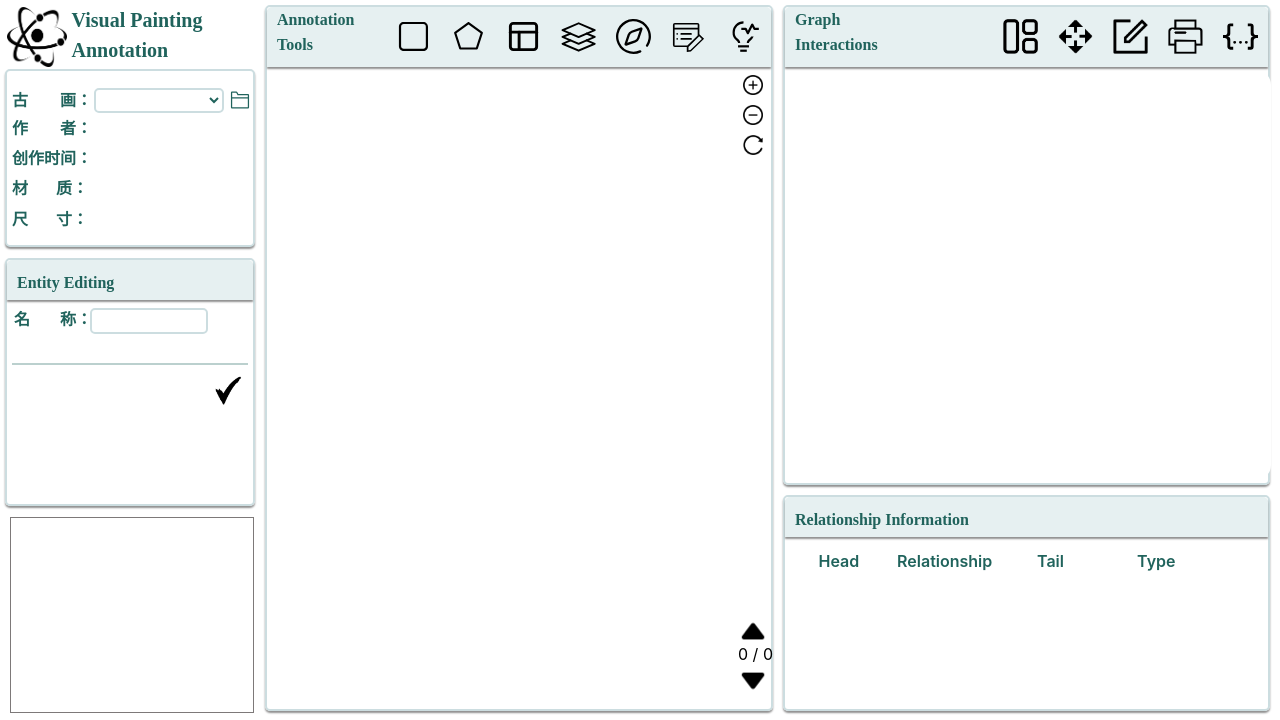
Repository: cailbh/ImageLabelTool
Page: /
These files come from the project's save history. The page is drawn as it stood at one moment and after the next save; the edit follows.
The browser window is 1280 px wide. The pictures show the whole page.
The project was rebuilt for these pictures with package versions that can differ from the ones it lists, and the page was loaded fresh each time.

Above is the page before, as saved 2022-10-31 12:41:15.

### src/index.tsx
import React from 'react';
import ReactDOM from 'react-dom/client';
import './index.css';
import UI from './View';

const root = ReactDOM.createRoot(
  document.getElementById('root') as HTMLElement
);
root.render(
  <React.StrictMode>
    <UI />
  </React.StrictMode>
);

### src/index.css
* {
  margin: 0;
  font-family: -apple-system, BlinkMacSystemFont, 'Segoe UI', 'Roboto', 'Oxygen',
    'Ubuntu', 'Cantarell', 'Fira Sans', 'Droid Sans', 'Helvetica Neue',
    sans-serif;
  -webkit-font-smoothing: antialiased;
  -moz-osx-font-smoothing: grayscale;
  padding: 0;
  user-select: none;
}

code {
  font-family: source-code-pro, Menlo, Monaco, Consolas, 'Courier New',
    monospace;
}

html, body, #root {
  width: 100%;
  height: 100%;
  /* background: rgb(237,241,241); */
  background: rgb(255,255,255);
}

#root {
  /* display: flex; */
  /* flex-direction: row; */

}

### src/View/index.tsx
/**
 * 该组件负责图像视图与网络图视图的通信：
 *
 */

import React from "react";
// import ImageView from "./ImageView";
import GraphView from "./GraphView";
import LabelView from "./LabelView";
import { Entity, EntityArray, Relationship, RelationshipArray } from '../lib/interface'
import { EntityArrayContextProvider, useEntityArray, useEntityArrayUpdate } from "../lib/context";
import { RelationshipArrayContextProvider, useRelationshipArray, useRelationshipArrayUpdate } from "../lib/context";
import { InfoContextProvider, useInfo, useInfoUpdate } from "../lib/context";
import { MemoArrayContextProvider, useMemoArray, useMemoArrayUpdate } from "../lib/context";


export default function UI() {
    return (
        <React.StrictMode>
            <InfoContextProvider>
                <RelationshipArrayContextProvider>
                    <EntityArrayContextProvider>
                        <MemoArrayContextProvider>
                            {/* <ImageView></ImageView> */}

                            <LabelView></LabelView>
                            {/* <GraphView></GraphView> */}
                        </MemoArrayContextProvider>
                    </ EntityArrayContextProvider >
                </RelationshipArrayContextProvider>
            </InfoContextProvider>
        </React.StrictMode>
    )
}

### src/View/LabelView.tsx
import React from "react";
import LabelDisplay from "../component/LabelDisplay/index";
import LabelTool from "../component/LabelTool/index";
import ViewCard from "./ViewCard";

export default function LabelView() {
    return (
        // <ViewCard
        //     top={(
        //         <LabelTool></LabelTool>
        //     )}
        //     body={(
        <LabelDisplay></LabelDisplay>
        //     )}
        // />
    )
}

### src/component/LabelDisplay/graph.css
#graph{
width: 100%;
height: calc(100% - 66px);
overflow: 'auto';
background: #fff;
box-sizing: border-box;
border-radius: 15px;
display: inline-block;
margin: 3px;
text-align: left;
position: relative;
}
.graphRoot{
    background: rgba(237,241,241,0);
    position: relative;
    height: 100%;
    width: calc(40% - 10px);
    float: left;
}
.horizontal_graphRoot{
    background: rgba(237,241,241,0);
    position: relative;
    height: calc(45% - 10px);
    width: calc(100% - 260px);
    float: left;
}
.graphCantain{
    position: relative;
    height: calc(100% - 0px);
    float: left;
    width: calc(100% - 0px);
    background: rgba(237,241,241,0);
    /* padding: 10px; */
}
.graphHead{
    width: 100%;
    height: 60px;
    background: rgba(0,0,0,0);
    float: left;
    position: relative;
    z-index: 999999;
    border-top-left-radius: 5px;
    border-top-right-radius: 5px;
    background-color: rgba(230,240,241,1);
    filter: progid:DXImageTransform.Microsoft.Shadow(color=#909090,direction=120,strength=4);
    box-shadow: 0px 2px 2px #909090;
}
.graphLogo h5{
    width: 70%;
    float: left;
    color: rgb(32,99,92);
    text-align: left;
    font-weight: 600;
    font-size: 16px;
    line-height: 1.35;
    font-variant: tabular-nums;
    line-height: 1.5715;
    font-feature-settings: "tnum";
    font-family: SourceHanSerifCN-Heavy, SourceHanSerifCN;
}

.graphLogo {
    float: left;
    width: 20%;
    height: 100%;
    margin-left: 10px;
}
.graphAssistFeatures{
    float: right;
    height: 100%;
    width: 30%;
}
.toolBut {
    height: 100%;
    text-align: center;
    /* padding: 4px; */
    width: 50px;
    float: left;
    margin: 1px 10px 0px 10px;
}

.graphToolBut {
    width: 35px;
    height: 35px;
    margin: 15px 15px 5px 25px;
    cursor: pointer;
    -webkit-border-radius: 5px;
    -moz-border-radius: 5px;
    border-radius: 5px;
    font-size: 15px;
    font-style: normal;
    color: #000;
    line-height: 36px;
    text-align: center;
    float: left;
    display: flex;
    justify-content: center;
    align-items: center;
    height: calc(100% - 20px);
    text-align: center;
    padding: 5px;
    border: 1px #696969 solid;
    width: 40px;
    float: right;
    margin: 5px 2px 5px 2px;
}
.graphToolBut:hover {
    background: #767a84;
    color: #fff;
}

.attributeDiv{
    background: rgba(237,241,241,0);
    -webkit-box-sizing: border-box;
    -moz-box-sizing: border-box;
    box-sizing: border-box;
    border-radius: 5px;
    width: calc(100% - 15px);
    margin: 5px;
    height: calc(30% - 0px);
    border-image-slice: 151;
    border-image-width: 20px 1px;
    -webkit-box-sizing: border-box;
    -moz-box-sizing: border-box;
    box-sizing: border-box;
    float: left;
    border: 2px solid rgb(204,221,224);
    filter:progid:DXImageTransform.Microsoft.Shadow(color=#909090,direction=120,strength=4);
    -moz-box-shadow: 0px 2px 10px #909090;
    -webkit-box-shadow: 0px 2px 10px #909090;
    box-shadow:0px 2px 2px #909090
}
.graphDiv{
    background: rgba(237,241,241,0);
    -webkit-box-sizing: border-box;
    -moz-box-sizing: border-box;
    box-sizing: border-box;
    border-radius: 5px;
    width: calc(100% - 15px);
    margin: 5px;
    height: calc(70% - 24px);
    border-radius: 5px;
    float: left;
    border: 2px solid rgb(204,221,224);
    filter:progid:DXImageTransform.Microsoft.Shadow(color=#909090,direction=120,strength=4);
    -moz-box-shadow: 0px 2px 10px #909090;
    -webkit-box-shadow: 0px 2px 10px #909090;
    box-shadow:0px 2px 2px #909090
}
.horizontal_attributeDiv{
    background: rgba(237,241,241,0);
    -webkit-box-sizing: border-box;
    -moz-box-sizing: border-box;
    box-sizing: border-box;
    border-radius: 5px;
    width: calc(40% - 10px);
    margin: 5px;
    height: calc(100% - 0px);
    border-image-slice: 151;
    border-image-width: 20px 1px;
    -webkit-box-sizing: border-box;
    -moz-box-sizing: border-box;
    box-sizing: border-box;
    float: left;
    border: 2px solid rgb(204,221,224);
    filter:progid:DXImageTransform.Microsoft.Shadow(color=#909090,direction=120,strength=4);
    -moz-box-shadow: 0px 2px 10px #909090;
    -webkit-box-shadow: 0px 2px 10px #909090;
    box-shadow:0px 2px 2px #909090
}
.horizontal_graphDiv{
    background: rgba(237,241,241,0);
    -webkit-box-sizing: border-box;
    -moz-box-sizing: border-box;
    box-sizing: border-box;
    border-radius: 5px;
    width: calc(60% - 10px);
    margin: 5px;
    height: calc(100% - 0px);
    border-radius: 5px;
    float: left;
    border: 2px solid rgb(204,221,224);
    filter:progid:DXImageTransform.Microsoft.Shadow(color=#909090,direction=120,strength=4);
    -moz-box-shadow: 0px 2px 10px #909090;
    -webkit-box-shadow: 0px 2px 10px #909090;
    box-shadow:0px 2px 2px #909090
}
#attributeBox{
    width: calc(50% - 4px);
    height: calc(100% - 2px);
    overflow: 'auto';
    margin: 2px 1px;
    float: left;
}
#relationshipBox{
    width: calc(100% - 4px);
    height: calc(100% - 47px);
    /* width: 100%; */
    /* height: 100%; */
    background: #fff;
    overflow: 'auto';
    float: left;
    margin: 2px 1px;
    border-radius: 15px;
}
#relationshipBoxHead{
    background-color: rgba(230,240,241,1);
    color: rgba(32,99,92,1);
    height: 40px;
    border-top-left-radius: 5px;
    border-top-right-radius: 5px;
    box-shadow: 0px 2px 2px #909090;
}
.but {
    display: flex;
    flex-direction: column;
    height: 40px;
    width:40px;
    justify-content: center;
    float: left;
}
.butContain{
    width: 10px;
    height: 100px;
    position: absolute;
    z-index: 9999;
    display: none;
}
.graphToolsDiv{
    width: 70%;
    height: 100%;
    float: right;
    /* display: flex; */
    justify-content: center;
    align-items: center;
}
.graphTool {
    /* background-color: #fff ; */
    width: 35px;
    height: 35px;
    margin: 12px 10px;
    cursor: pointer;
    float: left;
    text-align: center;
}
.graphTool h5{
    font-style: normal;
    color: #000;
    line-height: 36px;
    text-align: center;
    font-size: 0;
}
.graphTool h5:hover{
    font-size: 12px;
}
.graphToolSet:hover {
    background: #767a84;
    color: #fff;
}
.graphToolSet.focus {
    background: #767a84;
    color: #fff;
}
#graphTools{
    float: right;
    /* height: 100%; */
    /* width: 60%; */
    /* height: 50px; */
    /* float: left; */
    position: relative;
    z-index: 999999;
    /* filter:progid:DXImageTransform.Microsoft.Shadow(color=#909090,direction=120,strength=4);
    -moz-box-shadow: 2px 2px 10px #909090;
    -webkit-box-shadow: 2px 2px 10px #909090;
    box-shadow:2px 2px 10px #909090; */
    border-top-left-radius: 10px;
    border-top-right-radius: 10px;
}
#layoutDiv{
    height: 50px;
    width: 100px;
    background: #ffffff;
    top:75px;
    position: absolute;
    display: flex;
    justify-content: center;
    align-items: center;
    /* border-top-left-radius: 10px;
    border-top-right-radius: 10px; */
    /* border: 5px #000 solid; */
    right: calc(70% - 230px);
    z-index: -999;
}
#layouts{
    float: right;
    /* height: 100%;
    width: 100%; */
    /* float: left; */
    position: relative;
    /* filter:progid:DXImageTransform.Microsoft.Shadow(color=#909090,direction=120,strength=4);
    -moz-box-shadow: 2px 2px 10px #909090;
    -webkit-box-shadow: 2px 2px 10px #909090;
    box-shadow:2px 2px 10px #909090; */
    /* border-top-left-radius: 10px;
    border-top-right-radius: 10px; */
}
#entity-table{
    width: calc(100% - 6px);
    height: calc(100% - 6px);
    border: 2px solid rgba(50, 50, 50, 0.2);
    box-sizing: border-box;
    border-radius: 5px;
    display: inline-block;
    margin: 3px;
    background: rgb(255,255,255);
}
.tableEntity{
    height: 100% !important
}

.tableRelationship{
    height: 100% !important
}
.rs-table-body-row-wrapper{
    height: 100% !important
}
#relationship-table{
    width: calc(100% - 0px);
    height: calc(100% - 0px);
    /* border: 2px solid rgba(50, 50, 50, 0.2); */
    /* box-sizing: border-box; */
    border-radius: 15px;
    display: inline-block;
    /* margin: 3px; */
    background: rgb(255,255,255);
}

.toolLayout{
    font-size:0;
    overflow:hidden;
    background: url("../../assets/imgs/tool-layout.png");
    background-size: cover;
}
.toolEdit{
    font-size:0;
    overflow:hidden;
    background: url("../../assets/imgs/tool-edit.png");
    background-size: cover;
}
.toolDrop{
    font-size:0;
    overflow:hidden;
    background: url("../../assets/imgs/tool-drop.png");
    background-size: cover;
}
.toolAdd{
    font-size:0;
    overflow:hidden;
    background: url("../../assets/imgs/tool-add.png");
    background-size: cover;
}

.toolDel{
    font-size:0;
    overflow:hidden;
    background: url("../../assets/imgs/tool-del.png");
    background-size: cover;
}

.toolUndo{
    font-size:0;
    overflow:hidden;
    background: url("../../assets/imgs/tool-undo.png");
    background-size: cover;
}

.toolRedo{
    font-size:0;
    overflow:hidden;
    background: url("../../assets/imgs/tool-redo.png");
    background-size: cover;
}

.toolPrint{
    font-size:0;
    overflow:hidden;
    background: url("../../assets/imgs/tool-download.png");
    background-size: cover;
}

.toolInputJson{
    font-size:0;
    overflow:hidden;
    background: url("../../assets/imgs/tool-inputJson.svg");
    background-size: cover;
}
.graphTool:hover {
    background: rgba(0,0,0,0);
    font-size: 16px;
    font-weight: 300;
    font-style: normal;
    color: #000;
    line-height: 36px;
    text-align: center;
    float: left;
     /* display: flex; */;
    justify-content: center;
    align-items: center;
    text-align: center;
}
.layoutSet{
    width: 20px;
    height: 20px;
    margin:5px;
    font-size:0;
    overflow:hidden;

    cursor: pointer;
    float: left;
}

.toolCrossLayout{
    background: url(../../assets/imgs/layout-cross.png);
    background-size: cover

}
.toolForceLayout{
    background: url(../../assets/imgs/layout-force.png);
    background-size: cover

}
.toolDragLayout{
    background: url(../../assets/imgs/layout-drag.png);
    background-size: cover

}
.layoutSet:hover {
    background: rgba(0,0,0,0);
    font-size: 10px;
    font-style: normal;
    color: #000;
    line-height: 6px;
    text-align: center;
    float: left;
    display: flex;
    justify-content: center;
    align-items: center;
    text-align: center;
}
.entInput{
    background: rgba(0,0,0,0);
    border: 0;
    text-align: center;
    width: 50%;
    height: 100%;
    float: left;
}
.entInput :focus{
    background: rgba(0,0,0,0);
    border: 0;
    text-align: center;
    width: 50%;
    float: left;
    height: 100%;
}

### src/lib/tasks.tsx
export default class Task {
    id: string;
    name: string;
    size: string;
    texture: string;
    time: string;
    author: string;
    constructor(options) {
        this.id = "";
        this.name = "";
        this.size = "";
        this.texture = "";
        this.time = "";
        this.author = ""
    }
}

### src/lib/interface.tsx
export class EntityArray {
    array: Array<Entity>;
}
export class RelationshipArray {
    array: Array<Relationship>;
}
export class MemoArray {
    relArray: Array<Relationship>;
    entArray: Array<Entity>;
}
export class Entity {
    name: string;
    id: string;
    type: string;
    x: number;
    y: number;
    //图片绘制起始位置
    ix: number;
    iy: number;
    //标注绘制起始位置
    lx: number;
    ly: number;
    // 图片宽度
    iWidth: number;
    // 图片高度
    iHeight: number;
    //图片缩放
    iScale: number;
    visAble: boolean;
    labels: any;
    content: any;
    contentType: string;
    labelLocation: any;
    rgb: string;
    visibility: boolean;
    trend: any;
    trendIndex: number;
    centerPoint: any;
    rectMask: any;
    color: string;
    describe: string;
    attribute: any;
    active: boolean;
    children: any;
    constructor(myName: string) { //定义带参数的构造函数
        this.name = myName;
    }
}


export class Relationship {
    name: string;
    id: string;
    type: string;
    targetId: string;
    sourceId: string;
    color: string;
    weight: number;
    visAble: boolean
    // constructor(myName: string) { //定义带参数的构造函数
    //     this.name = myName;
    // }
}

export class Info {
    changeState: number;
}

export default class LabelState {
    //任务名称
    taskName: string;
    //文件列表
    imgFiles: any;
    //图片总数
    imgSum: number;
    //选择图片下标
    imgIndex: number;
    cWidth: number;
    cHeight: number;
    // 缩略图宽度
    sWidth: number;
    // 缩略图高度
    sHeight: number;
    // 图片宽度
    iWidth: number;
    // 图片高度
    iHeight: number;
    // 图片拖拽至边缘最小显示
    appearSize: number;
    // 缩放布进
    scaleStep: number;
    // 最小缩放比例
    minScale: number;
    // 最大缩放比例
    maxScale: number;
    // 图片在画板中的横坐标
    x: number;
    // 图片在画板中的纵坐标
    y: number;
    // 鼠标当前画板中的横坐标
    mouseX: number;
    // 鼠标当前画板中的纵坐标
    mouseY: number;
    // 拖动过程中，鼠标前一次移动的横坐标
    prevX: number;
    // 拖动过程中，鼠标前一次移动的纵坐标
    prevY: number;
    // 缩放比例
    scale: number;
    // 鼠标在图片中的横坐标
    ix: number;
    // 鼠标在图片中的纵坐标
    iy: number;
    // 矩形框起点横坐标
    rectX: number;
    // 矩形框起点纵坐标
    rectY: number;
    // 绘制多边形的圆点半径
    radius: number;

    // 绘制线段宽度
    lineWidth: number;

    //绘制区域模块透明度
    opacity: number;

    // 定时器
    timer: any;

    // 结果是否被修改
    isModify: boolean;

    // 是否全屏
    isFullScreen: boolean;

    // 是否移动图像标注圆点
    isDragCircle: boolean;

    // 当前点击圆点index
    snapCircleIndex: number;

    // 用于在拖拽或者缩放时，让绘制至存储面板的数据，只绘制一次
    drawFlag: boolean;

    // 监听滚动条缩放是否结束的定时器
    mousewheelTimer: null;

    // 历史记录下标
    historyIndex: number;
    Arrays: any;
    Nodes: any;
    Features: any;

}

### src/axios/index.ts
import entityRecognize from './api/entityRecognize';

export * from './api/entityRecognize'; // 目标识别
// export * from './api/img'; // 图片
export default {
    entityRecognize
}

### src/component/GraphRelationship/index.css
.smallInput  {
    width: 90%;
    border-radius: 10px;
    border: 1.5px #ccc solid;
    /* margin: 5px; */
    margin-left: 15px;
    color: rgb(32,99,92);
    font-weight: 600;
    font-size: 16px;
    line-height: 1.35;
    font-variant: tabular-nums;
    line-height: 1.5715;
    font-feature-settings: "tnum";
    font-family: SourceHanSerifCN-Heavy, SourceHanSerifCN;
}
.relRow{
    width: 20% !important;
    margin: 5px;
    padding: 0px !important;
}
.relBut{
    margin: 5px;
    padding: 0px !important;
}
.relationship-table-head-co{
    width: 20%;
    height: calc(100% - 10px);
    float: left;
    margin: 5px;
    text-align: center;
}
.confirmButton{
    width: 40px;
    height: 20px;
    /* margin: 5px; */
    border-radius: 15px;
    float: left;
    border: 0px;
    background-color: rgb(32,99,92);
    color: #fff;
    text-align: center;
    font-weight: 600;
    font-size: 12px;
    font-variant: tabular-nums;
    line-height: 1.5715;
    font-feature-settings: "tnum";
    font-family: SourceHanSerifCN-Heavy, SourceHanSerifCN;
}
.deleteButton{
    width: 40px;
    height: 20px;
    /* margin: 5px; */
    border-radius: 15px;
    float: left;
    border: 0px;
    background-color: rgb(32,99,92);
    color: #fff;
    text-align: center;
    font-weight: 600;
    font-size: 12px;
    font-variant: tabular-nums;
    line-height: 1.5715;
    font-feature-settings: "tnum";
    font-family: SourceHanSerifCN-Heavy, SourceHanSerifCN;
}
#bigInput {
    color:#333;
    height: 60px;
    line-height:normal;
    font-family:"Microsoft YaHei",Tahoma,Verdana,SimSun;
    font-style:normal;
    font-variant:normal;
    font-size-adjust:none;
    font-stretch:normal;
    font-weight:normal;
    margin-top:0px;
    margin-bottom:0px;
    margin-left:0px;
    padding-top:4px;
    padding-right:4px;
    padding-bottom:4px;
    padding-left:4px;
    font-size:15px;
    outline-width:medium;
    outline-style:none;
    outline-color:invert;
    border-top-left-radius:3px;
    border-top-right-radius:3px;
    border-bottom-left-radius:3px;
    border-bottom-right-radius:3px;
    text-shadow:0px 1px 2px #fff;
    background-attachment:scroll;
    background-repeat:repeat-x;
    background-position-x:left;
    background-position-y:top;
    background-size:auto;
    background-origin:padding-box;
    background-clip:border-box;
    background-color:rgb(255,255,255);
    margin-right:8px;
    border-top-color:#ccc;
    border-right-color:#ccc;
    border-bottom-color:#ccc;
    border-left-color:#ccc;
    border-top-width:1px;
    border-right-width:1px;
    border-bottom-width:1px;
    border-left-width:1px;
    border-top-style:solid;
    border-right-style:solid;
    border-bottom-style:solid;
    border-left-style:solid;
}
.relationship-table-head{
    height: 40px;
    color: rgb(32,99,92);
    /* background: rgb(210,225,230); */
    font-weight: 600;
    text-align: center;
    font-size: 16px;
    line-height: 1.35;
    font-variant: tabular-nums;
    line-height: 1.5715;
    font-feature-settings: "tnum";
    font-family: SourceHanSerifCN-Heavy, SourceHanSerifCN;
    /* border-top-left-radius: 15px;
    border-top-right-radius: 15px; */
}
.relationship-table-body{
    height: calc(100% - 40px);
    overflow:scroll;
    scrollbar-width: none;
}

### src/axios/api/entityRecognize/index.ts
import { get, put, post, del } from '../../http';
import axios from 'axios'
import{base} from '../config'
import {message} from 'antd'
import cookie from 'react-cookies'
export const getImg = (data: any) => get({ url: '/recognize/', data }); //
export const postImg = (data: any) => post({ url: '/recognize/', data }); //
export const updateImg = (data: any) => put({ url: '/recognize/', data });

export default{
    //测试
    async testApi(params){
        return await axios.get(`${base}/hi`,params) .then((res)=>{
            return res.data;
        }).catch((error)=>{
            message.error("服务器出错")
        })
    },
    //目标检测
    async entityRecognizeApi(params){
        return await axios.post(`${base}/predict_bbx`,params).then((res)=>{
            return res.data;
        }).catch((error)=>{
            message.error("服务器出错")
        })
    },

}

### src/axios/config.ts
export const rootURL = ''

export const ServerCode = {
    SUCCESS: 0,
    CONTINUE: 400,
    WRONG_PARAM: 401,
    WRONG_REQUEST: 402,
    FORBIDDEN: 403,
    WRONG_URL: 404,
    NO_LOGIN: 406,
    TIME_OUT: 408,
    WRONG_REQUEST_MODAL: 410,
    AUTO_SAVE_ERROR_CODE: 411, // 自动暂存code
    PROCESS_ERROR: 412, // 任务进度错误
    WRONG_SERVER: 500,
    WRONG_REALIZE: 501,
    WRONG_GATEWAY: 502,
    BAD_SERVER: 503,
    GATEWAY_TIME_OUT: 504,
    WRONG_VERSION: 505
};

export const SubCode = {
    OPERATION_FAILED: 410001,
    TASK_HAS_EXPIRED_OR_SUBMITTED: 400001
};

export const ServerCodeMap = {
    [ServerCode.SUCCESS]: '成功',
    [ServerCode.CONTINUE]: '继续', // 传递指定“继续参数”即可成功
    [ServerCode.WRONG_PARAM]: '参数格式出错',
    [ServerCode.WRONG_REQUEST]: '请求出错',
    [ServerCode.FORBIDDEN]: '拒绝访问',
    [ServerCode.WRONG_URL]: '请求地址出错',
    [ServerCode.NO_LOGIN]: '未登录',
    [ServerCode.TIME_OUT]: '请求超时',
    [ServerCode.WRONG_SERVER]: '服务器内部错误',
    [ServerCode.WRONG_REALIZE]: '服务未实现',
    [ServerCode.WRONG_GATEWAY]: '网关错误',
    [ServerCode.BAD_SERVER]: '服务不可用',
    [ServerCode.GATEWAY_TIME_OUT]: '网关超时',
    [ServerCode.WRONG_VERSION]: 'HTTP版本不受支持'
};

export const RedirectMap = {
    [ServerCode.FORBIDDEN]: '/403'
};

Loaded but not shown: public/index.html (common file); src/lib/uuid.js (8 lines, source omitted); src/axios/api/config.js (3 lines, source omitted); src/component/LabelDisplay/index.tsx (4037 lines, source omitted); src/component/LabelDisplay/index.css (1899 lines, source omitted); src/component/GraphRelationship/index.tsx (223 lines, source omitted); src/component/AttributeInput/index.tsx (170 lines, source omitted); src/axios/http.ts (147 lines, source omitted); src/lib/webAnnotate.tsx (280 lines, source omitted); src/component/AttributeInput/index.css (169 lines, source omitted); src/lib/context.tsx (83 lines, source omitted)

After the next save:
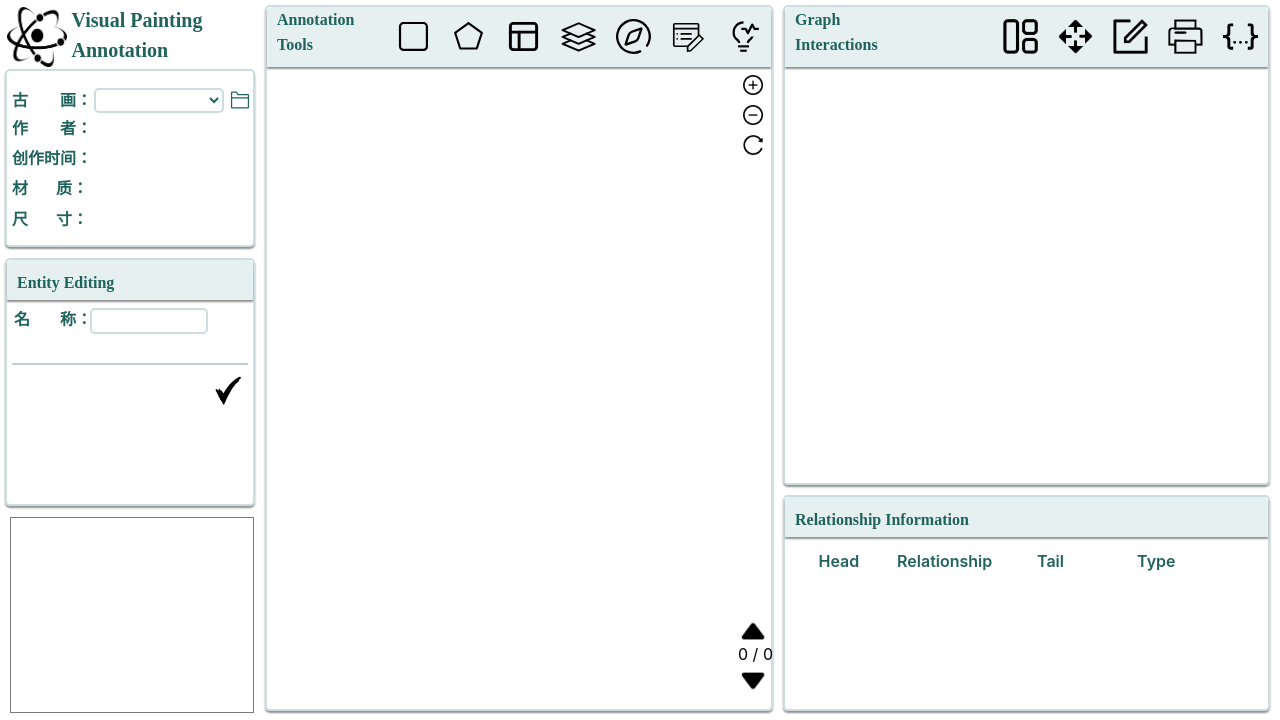
Saved 3 min 9 s later.
--- a/src/component/LabelDisplay/graph.css
+++ b/src/component/LabelDisplay/graph.css
@@ -1,5 +1,5 @@
 #graph{
-width: 100%;
+width: calc(100% - 6px);
 height: calc(100% - 66px);
 overflow: 'auto';
 background: #fff;
